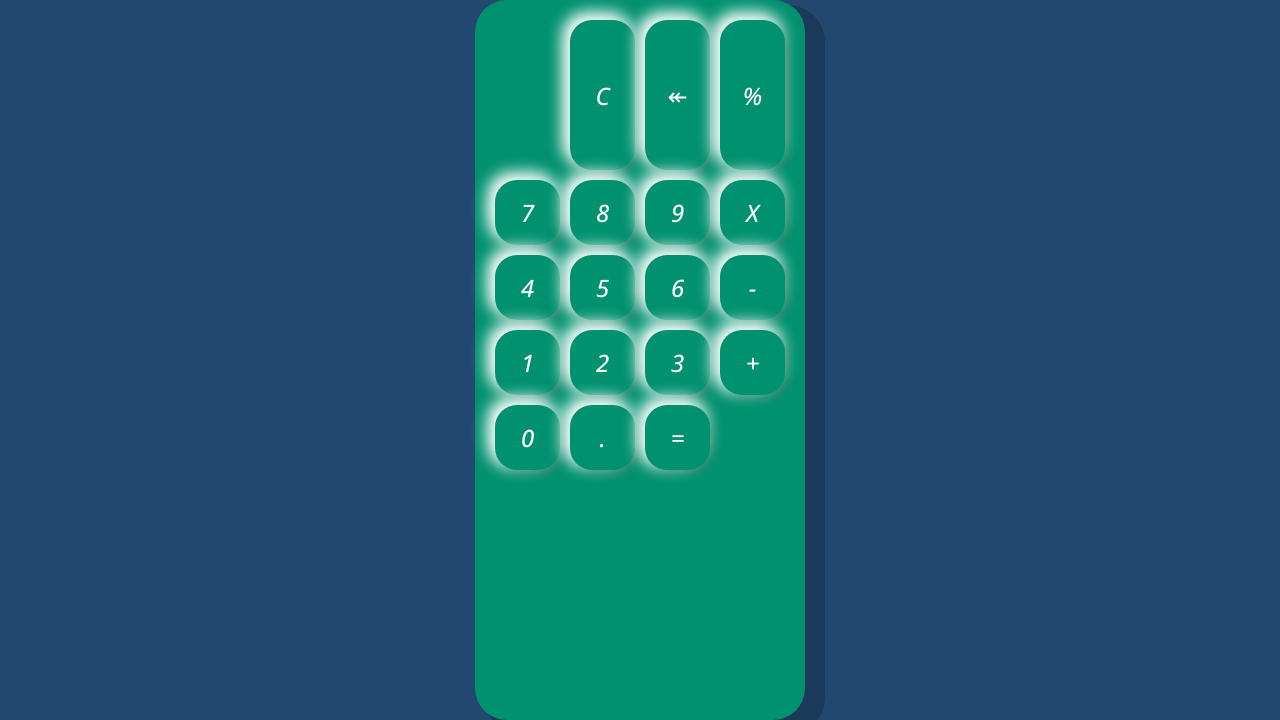
Repository: jhonenmanuel1/javaScript-calculator
Page: src/index.html
The author's editor kept a copy of each file at every save. The page is drawn from the files as they stood at one save, then again after the next save.
The browser window is 1280 px wide. The pictures show the whole page.

Above is the page before, as saved 2022-08-02 23:28:27.

After the next save:
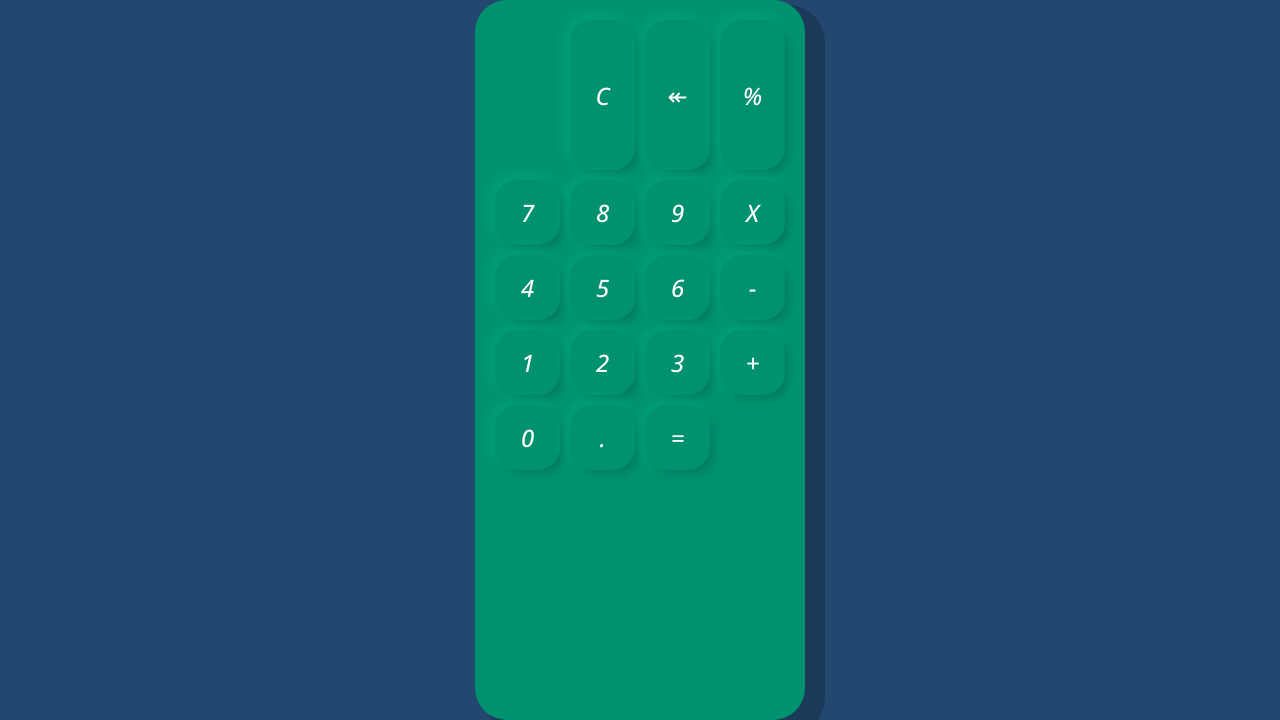
Saved 17 s later.
--- a/src/styles.css
+++ b/src/styles.css
@@ -30,5 +30,5 @@ button{
     font-size: 1.5em;
     background-color: #00916e ;
     border: none;
-    box-shadow: 5px 5px 10px -3px  #00000033, -5px -5px 15px 3px ;
+    box-shadow: 5px 5px 10px -3px  #00000033, -5px -5px 15px 3px #00ffc11f ;
 }
